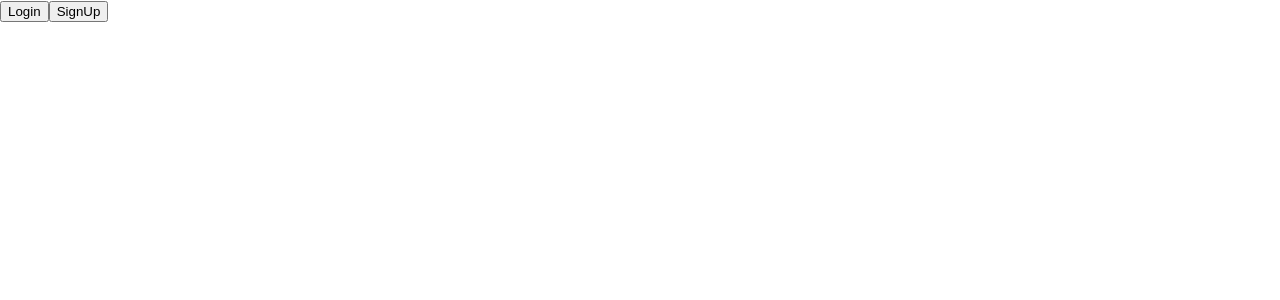
Repository: ehabmelhem/FullStack_Tweetapp
Page: / (app in tweet-app-demo/)
These files come from the project's save history. The page is drawn as it stood at one moment and after a run of saves; the edit follows.
The browser window is 1280 px wide. The pictures show the whole page.
The project was rebuilt for these pictures with package versions that can differ from the ones it lists, and the page was loaded fresh each time. A package was used in the major version that the imports need, not the one package.json lists. Also part of the build but not shown: tweet-app-demo/src/Componets/Login.css, tweet-app-demo/src/Componets/Login.js, tweet-app-demo/src/Componets/SignUp.css, tweet-app-demo/src/Componets/SignUp.js.

Above is the page before, as saved 2021-01-27 22:09:35.

### tweet-app-demo/src/App.js
import "./App.css";
import { useEffect, useState } from "react";
import { BrowserRouter as Router, Switch, Route, Link } from "react-router-dom";
import Login from "./Componets/Login";
import SignUp from "./Componets/SignUp";

function App() {
  return (
    <Router>
      <div className="app">
        <Switch>
          <Route path="/login">
            <Login />
          </Route>
          <Route path="/signup">
            <SignUp />
          </Route>
          <Route path="/">
            <Link to="/login">
              <button>Login</button>
            </Link>
            <Link to="/signup">
              <button>SignUp</button>
            </Link>
          </Route>
        </Switch>
      </div>
    </Router>
  );
}

export default App;

### tweet-app-demo/src/App.css
.app{
  position: relative;
  app
}

Loaded but not shown: tweet-app-demo/public/index.html (common file); tweet-app-demo/src/index.js (common file); tweet-app-demo/src/index.css (common file); tweet-app-demo/src/reportWebVitals.js (common file)

After the next 3 saves:
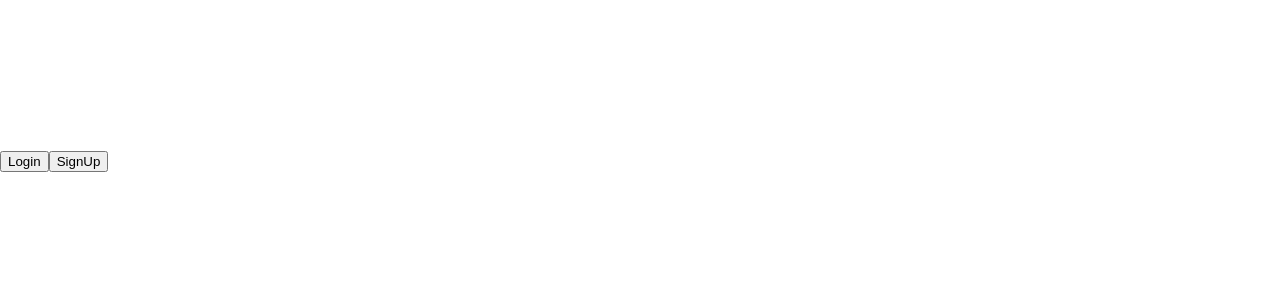
The 3 saves are shown as one change because they came seconds apart.
The last was saved 7 s later.
--- a/tweet-app-demo/src/App.css
+++ b/tweet-app-demo/src/App.css
@@ -1,4 +1,5 @@
-.app{
+.app {
   position: relative;
-  app
+  top: 150px;
+  width: fit-content;
 }
